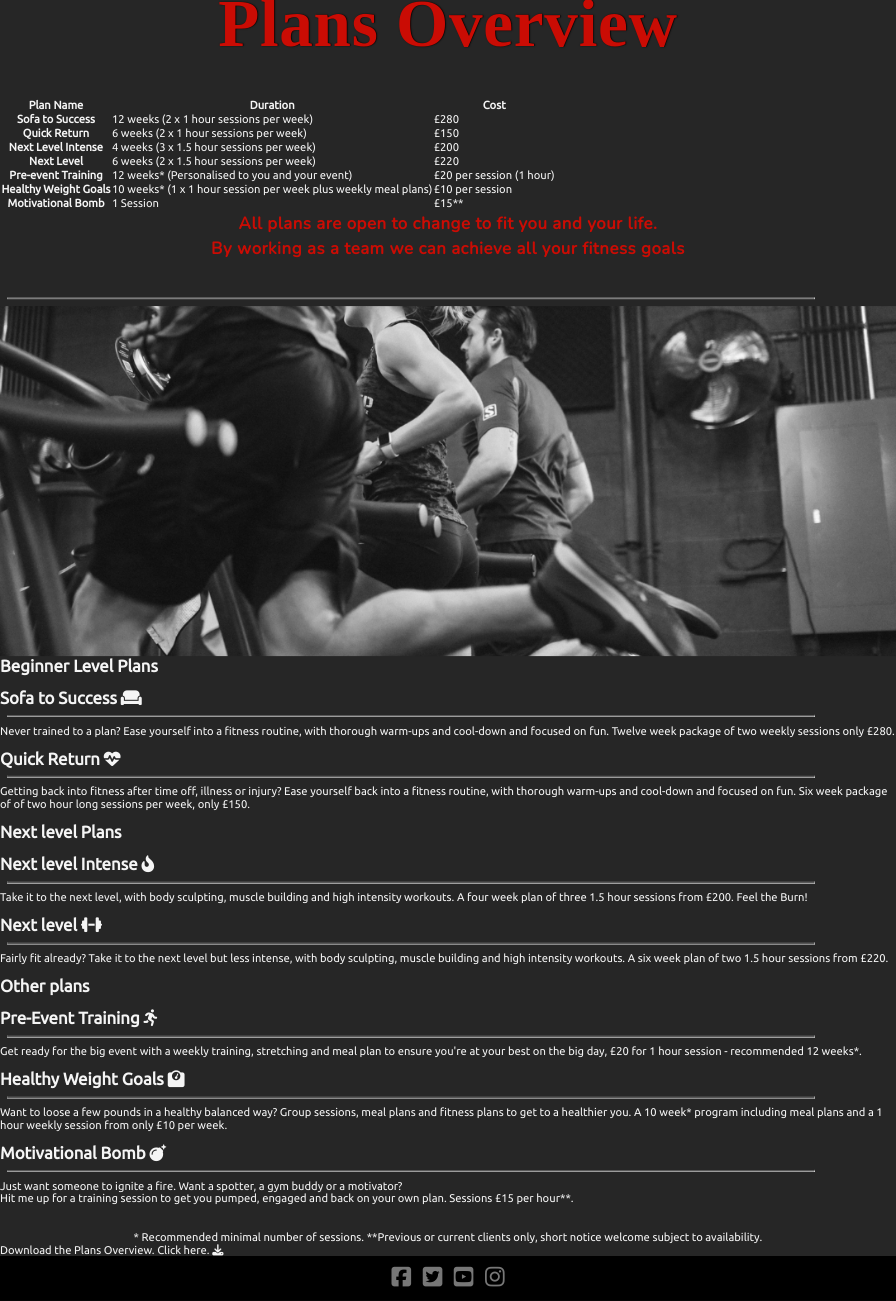
Repository: ClaireRoberts1403/Joe-Bloggs-Personal-Trainer
Page: html/plans.html
The author's editor kept a record of every edit. The page is drawn from the files as they stood at one moment, then again after the next edit.
The browser window is 1280 px wide. The pictures show the part of the page from y = 786 to 2706 px (the page is 2644 px tall before and 2706 px after), at 70% of full size.
Backgrounds fixed to the window are drawn as part of the page. Some web fonts or font styles are not loaded; a fallback is used. Some web libraries are served in a nearby version.

Above is the page before.

After the next edit:
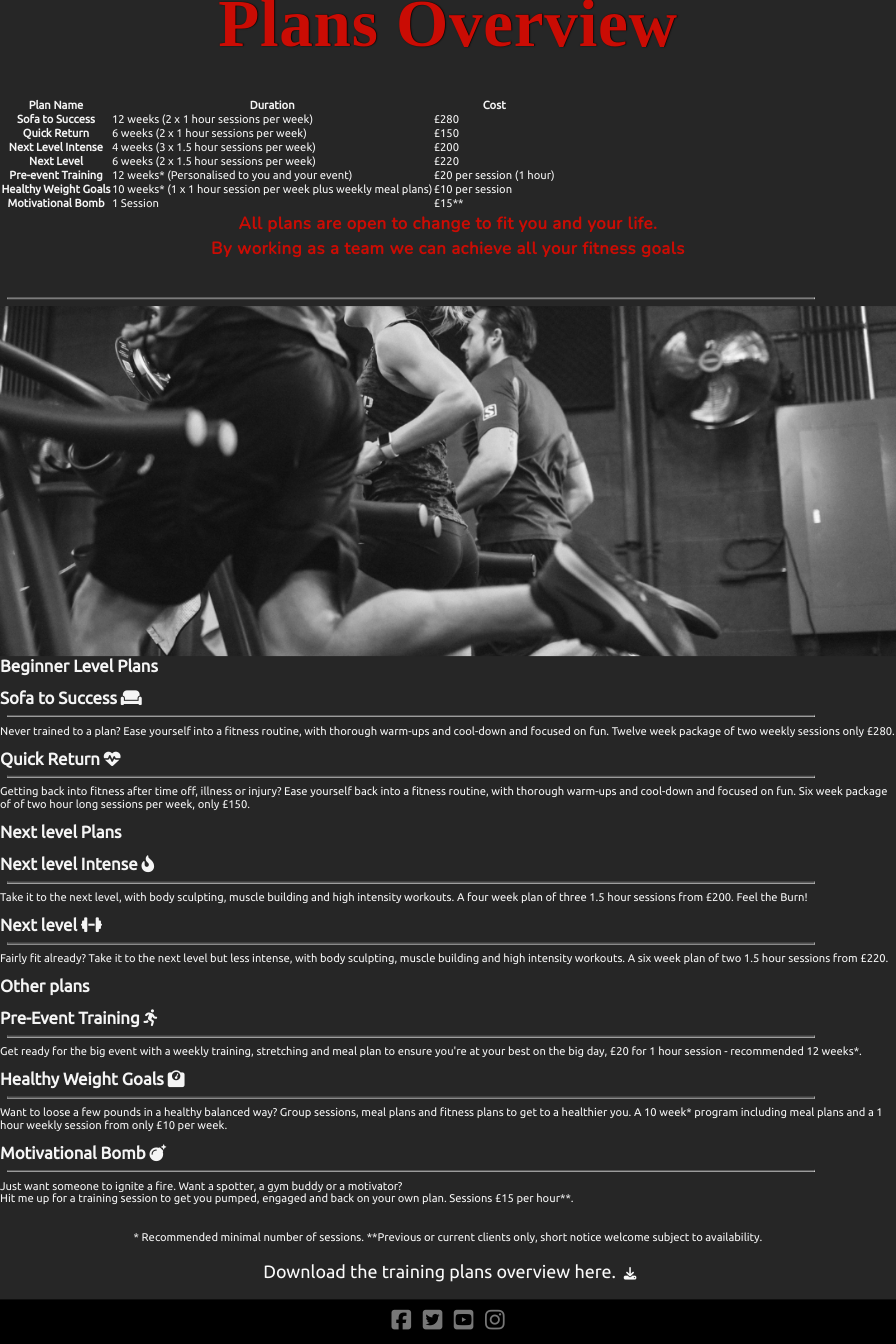
The edit:
--- a/html/plans.html
+++ b/html/plans.html
@@ -152,8 +152,8 @@
 	</div>
 
 	<div>
-		<p class="inline-block">Download the Plans Overview. Click here.
-			<a href="../assets/Joe Bloggs _ Personal Trainer Plans.pdf" target="_blank" class="cv-pdf"><i class="fa fa-download" aria-hidden="true"></i>
+		<p class="download">Download the training plans overview here.
+			<a href="../assets/Joe Bloggs _ Personal Trainer Plans.pdf" target="_blank" class="download-pdf"><i class="fa fa-download" aria-hidden="true"></i>
                 <span class="sr-only"></span></a>
 		</p>
 	</div>
